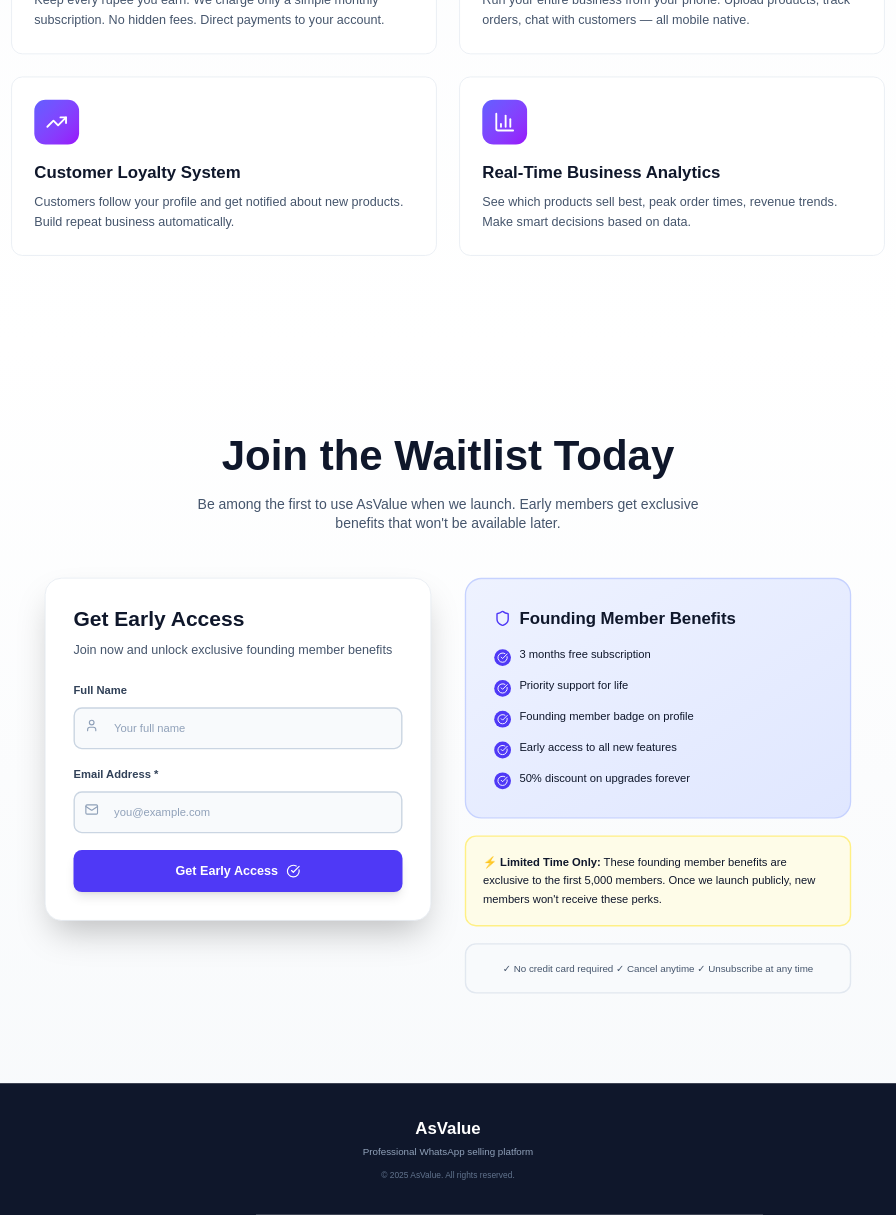
Repository: vikkii2005/asvalue-waitlist
Page: /
The author's editor kept a copy of each file at every save. The page is drawn from the files as they stood at one save, then again after the next save.
The browser window is 1280 px wide. The pictures show the part of the page from y = 3469 to 5389 px (the page is 5204 px tall before and 5389 px after), at 70% of full size.
The page's requests for data from a server got no answer. The project was rebuilt for these pictures with package versions that can differ from the ones it lists, and the page was loaded fresh each time. The framework's server and built-in components were replaced by stand-ins that run in the browser. No one was signed in, and anything a server would have sent is missing. Also part of the build but not shown: next.config.ts, components/ReferralDashboard.tsx.

Above is the page before, as saved 2025-10-31 09:12:21.

### app/layout.tsx
import { Analytics } from '@vercel/analytics/react'
import type { Metadata } from 'next'
import type { ReactNode } from 'react'
import './globals.css'

export const metadata: Metadata = {
  title: 'AsValue - Professional WhatsApp Business Platform',
  description: 'Sell professionally on WhatsApp with automated templates, order tracking, and zero commission. Join the waitlist today.',
  openGraph: {
    title: 'AsValue - Professional WhatsApp Selling',
    description: 'Zero commission WhatsApp selling platform',
    url: 'https://asvalue.com',
  },
}

export default function RootLayout({
  children,
}: {
  children: ReactNode
}) {
  return (
    <html lang="en">
      <body className="antialiased bg-white text-slate-900">
        {children}
        <Analytics />
      </body>
    </html>
  )
}

### app/page.tsx
import Hero from '@/components/Hero'
import ProblemSolution from '@/components/ProblemSolution'
import Features from '@/components/Features'
import WaitlistForm from '@/components/WaitlistForm'

export default function Home() {
  return (
    <main className="min-h-screen">
      <Hero />
      <ProblemSolution />
      <Features />
      <WaitlistForm />

      {/* Footer */}
      <footer className="bg-slate-900 text-white py-12 px-4">
        <div className="max-w-6xl mx-auto text-center">
          <h3 className="text-2xl font-bold mb-2">AsValue</h3>
          <p className="text-slate-400 text-sm mb-4">
            Professional WhatsApp selling platform
          </p>
          <p className="text-slate-500 text-xs">
            © 2025 AsValue. All rights reserved.
          </p>
        </div>
      </footer>
    </main>
  )
}

### components/Hero.tsx
'use client'

import { ArrowRight, MessageCircle } from 'lucide-react'

export default function Hero() {
  return (
    <section className="relative min-h-screen flex items-center justify-center bg-linear-to-b from-slate-50 via-white to-slate-50 px-4 py-20 overflow-hidden">
      {/* Background Gradient Orbs */}
      <div className="absolute top-0 left-1/4 w-96 h-96 bg-indigo-200 rounded-full mix-blend-multiply filter blur-3xl opacity-20 animate-blob"></div>
      <div className="absolute top-0 right-1/4 w-96 h-96 bg-purple-200 rounded-full mix-blend-multiply filter blur-3xl opacity-20 animate-blob animation-delay-2000"></div>

      <div className="relative max-w-6xl mx-auto w-full">
        {/* Main Content */}
        <div className="text-center max-w-5xl mx-auto">
          <div className="inline-flex items-center gap-2 bg-indigo-100 px-4 py-2 rounded-full mb-8">
            <MessageCircle className="w-4 h-4 text-indigo-600" />
            <span className="text-sm font-semibold text-indigo-600">Professional WhatsApp Selling</span>
          </div>

          <h1 className="text-6xl md:text-7xl lg:text-8xl font-bold text-slate-900 mb-8 leading-tight">
            Sell on WhatsApp
            <br />
            <span className="bg-linear-to-r from-indigo-600 via-purple-600 to-blue-600 bg-clip-text text-transparent">
              Like a Real Business
            </span>
          </h1>

          <p className="text-lg md:text-2xl text-slate-600 mb-6 max-w-4xl mx-auto leading-relaxed">
            Stop juggling WhatsApp messages. Get automated templates, professional profiles, order tracking, and direct payments. Keep 100% of your revenue.
          </p>

          <p className="text-lg text-slate-500 mb-12 max-w-3xl mx-auto">
            Built for anyone selling online — from small businesses to established sellers who want to scale faster.
          </p>

          {/* CTA Buttons */}
          <div className="flex flex-col sm:flex-row items-center justify-center gap-4 mb-16">
            <button
              onClick={() => document.getElementById('waitlist-form')?.scrollIntoView({ behavior: 'smooth' })}
              className="group bg-indigo-600 hover:bg-indigo-700 text-white px-10 py-5 rounded-xl font-semibold text-lg flex items-center gap-2 transition-all shadow-lg hover:shadow-xl transform hover:scale-105"
            >
              Join Waitlist Now
              <ArrowRight className="w-5 h-5 group-hover:translate-x-1 transition-transform" />
            </button>
            <button
              onClick={() => document.getElementById('problems')?.scrollIntoView({ behavior: 'smooth' })}
              className="bg-white hover:bg-slate-50 text-slate-700 border-2 border-slate-300 px-10 py-5 rounded-xl font-semibold text-lg transition-all shadow-sm hover:shadow-md"
            >
              See Why It Works
            </button>
          </div>

          {/* Trust Indicators */}
          <div className="flex flex-col sm:flex-row items-center justify-center gap-6 text-sm text-slate-600">
            <div className="flex items-center gap-2">
              <div className="w-2 h-2 bg-green-500 rounded-full"></div>
              <span>No Credit Card Needed</span>
            </div>
            <div className="flex items-center gap-2">
              <div className="w-2 h-2 bg-green-500 rounded-full"></div>
              <span>Free to Join Waitlist</span>
            </div>
            <div className="flex items-center gap-2">
              <div className="w-2 h-2 bg-green-500 rounded-full"></div>
              <span>Early Member Exclusive Benefits</span>
            </div>
          </div>
        </div>
      </div>
    </section>
  )
}

### components/ProblemSolution.tsx
import { AlertCircle, CheckCircle2 } from 'lucide-react'

const problems = [
  {
    problem: 'Spend hours daily replying to repetitive messages',
    solution: 'Automated templates send bulk responses instantly'
  },
  {
    problem: 'Customers constantly asking "where is my order?"',
    solution: 'Automatic order tracking updates sent to customers'
  },
  {
    problem: 'Products scattered in chats - no proper catalog',
    solution: 'Professional profile showcasing all products'
  },
  {
    problem: 'Payment platforms take 2-5% commission per sale',
    solution: 'Direct payments to your account - zero commission'
  },
  {
    problem: 'No way to track inventory or sales data',
    solution: 'Built-in dashboard for complete business management'
  },
  {
    problem: 'Business looks unprofessional on WhatsApp',
    solution: 'Professional seller profile builds customer trust instantly'
  }
]

export default function ProblemSolution() {
  return (
    <section id="problems" className="py-32 px-4 bg-white">
      <div className="max-w-7xl mx-auto">
        <div className="text-center mb-16">
          <h2 className="text-5xl md:text-6xl font-bold text-slate-900 mb-6">
            Selling Online Has Real Challenges
          </h2>
          <p className="text-xl text-slate-600 max-w-3xl mx-auto">
            We built AsValue to solve these exact problems that businesses face every day.
          </p>
        </div>

        <div className="space-y-6">
          {problems.map((item, index) => (
            <div
              key={index}
              className="grid md:grid-cols-2 gap-8 bg-gradient-to-r from-slate-50 to-slate-100 rounded-2xl p-8 border border-slate-200 hover:border-indigo-300 hover:shadow-lg transition-all"
            >
              {/* Problem */}
              <div className="flex gap-4">
                <div className="shrink-0 pt-1">
                  <div className="w-12 h-12 bg-red-100 rounded-xl flex items-center justify-center">
                    <AlertCircle className="w-6 h-6 text-red-600" />
                  </div>
                </div>
                <div>
                  <p className="font-semibold text-slate-900 text-lg mb-2">The Problem</p>
                  <p className="text-slate-700 text-base leading-relaxed">{item.problem}</p>
                </div>
              </div>

              {/* Solution */}
              <div className="flex gap-4">
                <div className="shrink-0 pt-1">
                  <div className="w-12 h-12 bg-green-100 rounded-xl flex items-center justify-center">
                    <CheckCircle2 className="w-6 h-6 text-green-600" />
                  </div>
                </div>
                <div>
                  <p className="font-semibold text-indigo-600 text-lg mb-2">AsValue Solution</p>
                  <p className="text-slate-700 text-base leading-relaxed">{item.solution}</p>
                </div>
              </div>
            </div>
          ))}
        </div>

        {/* Stats */}
        <div className="grid grid-cols-1 md:grid-cols-4 gap-8 mt-20">
          <div className="text-center p-8 bg-slate-50 rounded-xl border border-slate-200">
            <div className="text-5xl font-bold text-indigo-600 mb-2">3x</div>
            <div className="text-slate-700 font-medium">More Sales Potential</div>
          </div>
          <div className="text-center p-8 bg-slate-50 rounded-xl border border-slate-200">
            <div className="text-5xl font-bold text-indigo-600 mb-2">5hrs</div>
            <div className="text-slate-700 font-medium">Saved Daily</div>
          </div>
          <div className="text-center p-8 bg-slate-50 rounded-xl border border-slate-200">
            <div className="text-5xl font-bold text-indigo-600 mb-2">0%</div>
            <div className="text-slate-700 font-medium">Commission on Sales</div>
          </div>
          <div className="text-center p-8 bg-slate-50 rounded-xl border border-slate-200">
            <div className="text-5xl font-bold text-indigo-600 mb-2">100%</div>
            <div className="text-slate-700 font-medium">Your Revenue</div>
          </div>
        </div>
      </div>
    </section>
  )
}

### components/Features.tsx
import { Instagram, MessageSquare, Zap, Package, Shield, Smartphone, TrendingUp, BarChart3 } from 'lucide-react'

const features = [
  {
    icon: Instagram,
    title: 'Professional Seller Profile',
    description: 'Display your complete product catalog beautifully. Customers browse everything in one place without asking "what do you have?"'
  },
  {
    icon: MessageSquare,
    title: 'Organized Chat Platform',
    description: 'All customer conversations in one dashboard. Never lose a message again. Sort by customer or order automatically.'
  },
  {
    icon: Zap,
    title: 'Message Automation',
    description: 'Save time with pre-written templates for orders, payments, and updates. Send 100 messages in seconds.'
  },
  {
    icon: Package,
    title: 'Complete Order Management',
    description: 'Track every order from placement to delivery. Send automatic status updates. Manage inventory from one dashboard.'
  },
  {
    icon: Shield,
    title: 'Zero Commission Model',
    description: 'Keep every rupee you earn. We charge only a simple monthly subscription. No hidden fees. Direct payments to your account.'
  },
  {
    icon: Smartphone,
    title: 'Mobile-First Business',
    description: 'Run your entire business from your phone. Upload products, track orders, chat with customers — all mobile native.'
  },
  {
    icon: TrendingUp,
    title: 'Customer Loyalty System',
    description: 'Customers follow your profile and get notified about new products. Build repeat business automatically.'
  },
  {
    icon: BarChart3,
    title: 'Real-Time Business Analytics',
    description: 'See which products sell best, peak order times, revenue trends. Make smart decisions based on data.'
  }
]

export default function Features() {
  return (
    <section id="features" className="py-32 px-4 bg-linear-to-b from-slate-50 to-white">
      <div className="max-w-7xl mx-auto">
        <div className="text-center mb-16">
          <h2 className="text-5xl md:text-6xl font-bold text-slate-900 mb-6">
            Everything You Need to Succeed
          </h2>
          <p className="text-xl text-slate-600 max-w-3xl mx-auto">
            All the tools professional online businesses need. All in one platform.
          </p>
        </div>

        <div className="grid md:grid-cols-2 gap-8">
          {features.map((feature, index) => (
            <div
              key={index}
              className="bg-white p-8 rounded-2xl border border-slate-200 hover:border-indigo-300 hover:shadow-xl transition-all group"
            >
              <div className="shrink-0 mb-6">
                <div className="w-16 h-16 bg-linear-to-br from-indigo-500 to-purple-600 rounded-2xl flex items-center justify-center group-hover:scale-110 transition-transform">
                  <feature.icon className="w-8 h-8 text-white" />
                </div>
              </div>
              <h3 className="text-2xl font-bold text-slate-900 mb-3">{feature.title}</h3>
              <p className="text-slate-600 text-lg leading-relaxed">{feature.description}</p>
            </div>
          ))}
        </div>
      </div>
    </section>
  )
}

Loaded but not shown: app/globals.css (common file); lib/supabase.ts (common file); components/WaitlistForm.tsx (221 lines, source omitted)

After the next save:
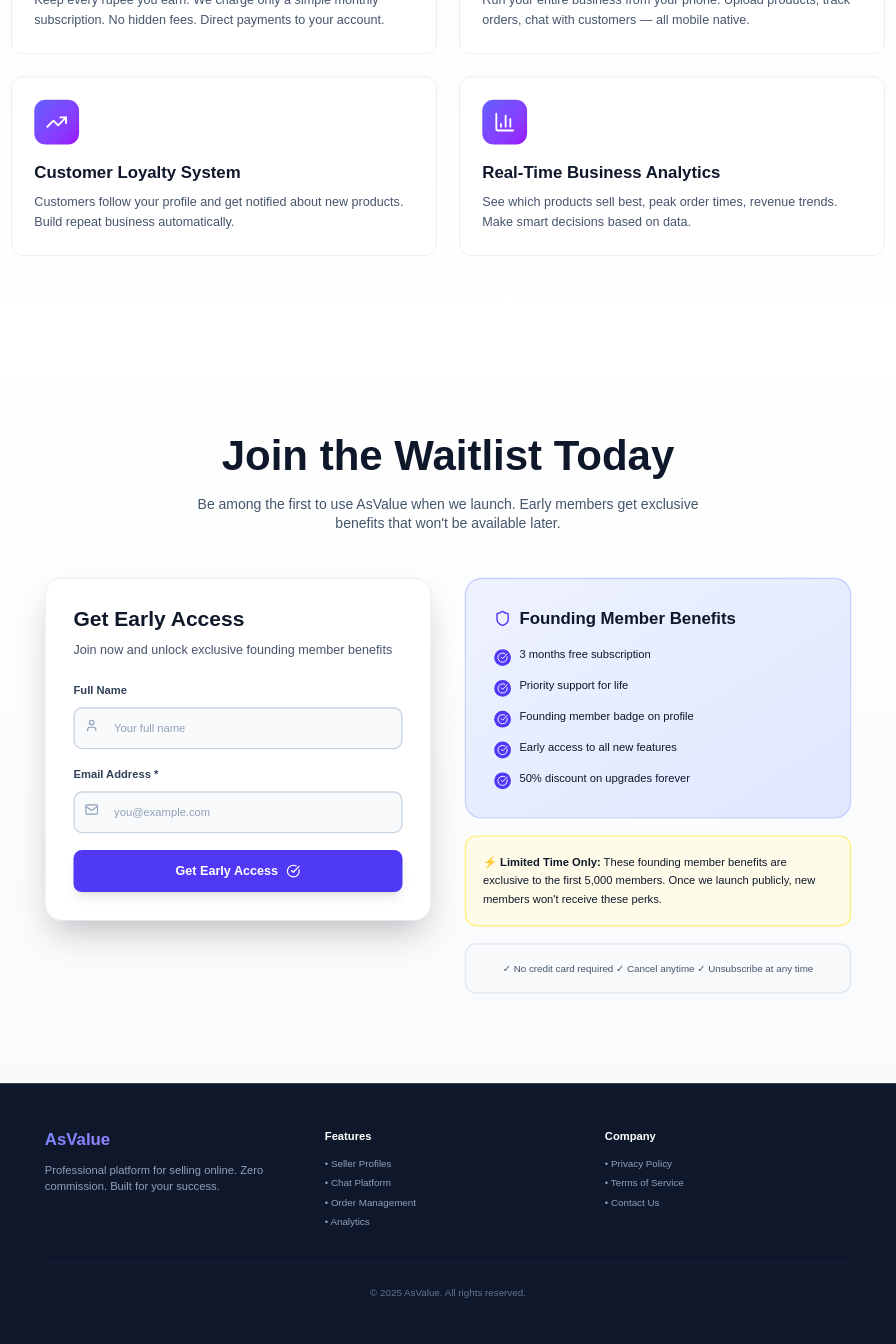
Saved 14 s later.
--- a/app/page.tsx
+++ b/app/page.tsx
@@ -5,22 +5,47 @@
 
 export default function Home() {
   return (
-    <main className="min-h-screen">
+    <main className="min-h-screen bg-white">
       <Hero />
       <ProblemSolution />
       <Features />
       <WaitlistForm />
 
       {/* Footer */}
-      <footer className="bg-slate-900 text-white py-12 px-4">
-        <div className="max-w-6xl mx-auto text-center">
-          <h3 className="text-2xl font-bold mb-2">AsValue</h3>
-          <p className="text-slate-400 text-sm mb-4">
-            Professional WhatsApp selling platform
-          </p>
-          <p className="text-slate-500 text-xs">
-            © 2025 AsValue. All rights reserved.
-          </p>
+      <footer className="bg-slate-900 text-white py-16 px-4">
+        <div className="max-w-6xl mx-auto">
+          <div className="grid md:grid-cols-3 gap-12 mb-12">
+            <div>
+              <h3 className="text-2xl font-bold mb-4 bg-linear-to-r from-indigo-400 to-purple-400 bg-clip-text text-transparent">
+                AsValue
+              </h3>
+              <p className="text-slate-400">
+                Professional platform for selling online. Zero commission. Built for your success.
+              </p>
+            </div>
+            <div>
+              <h4 className="font-semibold mb-4 text-white">Features</h4>
+              <ul className="text-slate-400 space-y-2 text-sm">
+                <li>• Seller Profiles</li>
+                <li>• Chat Platform</li>
+                <li>• Order Management</li>
+                <li>• Analytics</li>
+              </ul>
+            </div>
+            <div>
+              <h4 className="font-semibold mb-4 text-white">Company</h4>
+              <ul className="text-slate-400 space-y-2 text-sm">
+                <li>• Privacy Policy</li>
+                <li>• Terms of Service</li>
+                <li>• Contact Us</li>
+              </ul>
+            </div>
+          </div>
+          <div className="border-t border-slate-800 pt-8 text-center">
+            <p className="text-slate-500 text-sm">
+              © 2025 AsValue. All rights reserved.
+            </p>
+          </div>
         </div>
       </footer>
     </main>
